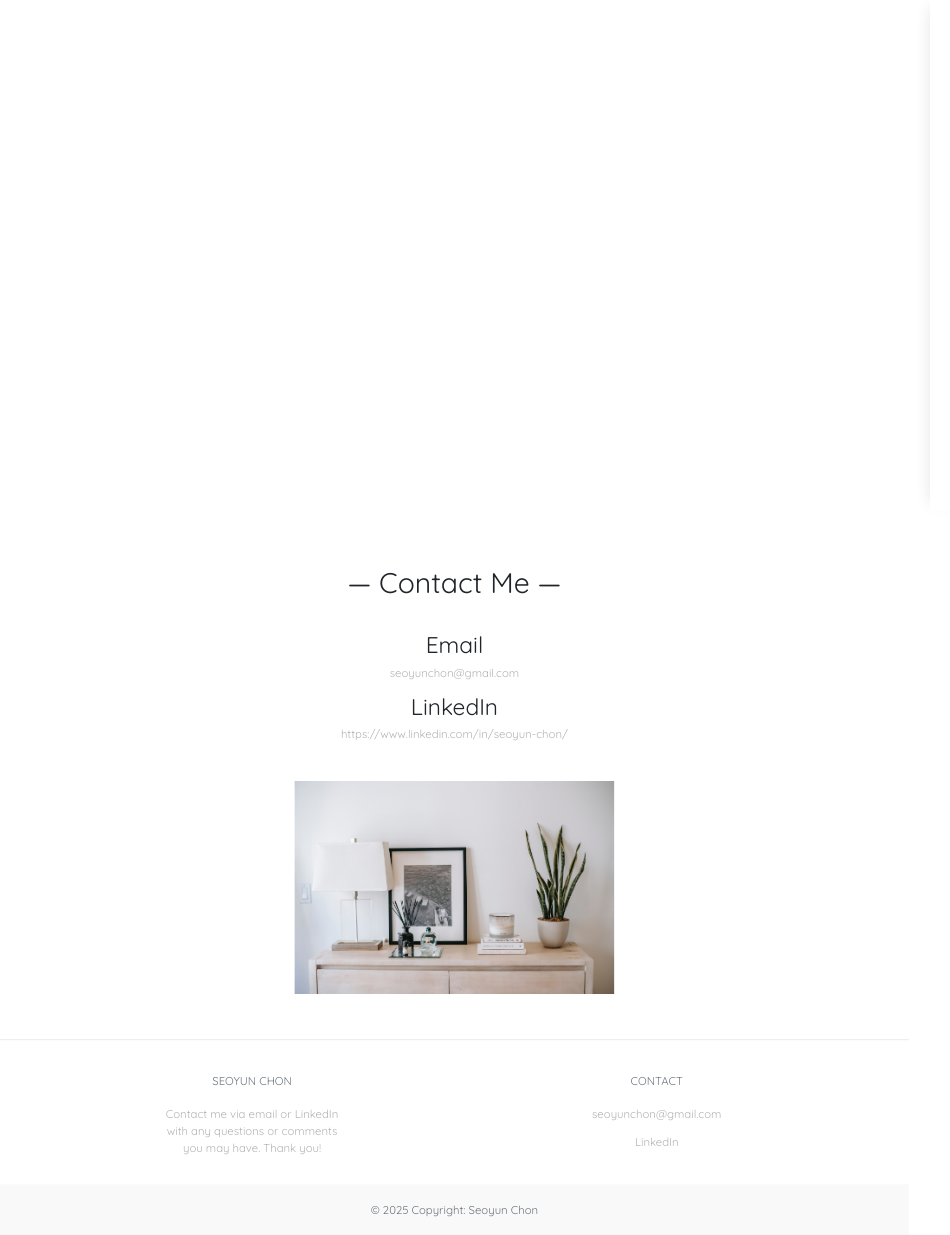
Repository: schon02/seoyun-chon-portfolio
Page: contact_page.html
An editor plug-in stored every save of this project. The page is shown before and after the next save, followed by the edit.
The browser window is 1280 px wide. The page is 1338 px wide, so the pictures cover 1338 px, including what lies to the right of the window. The pictures show the whole page, at 71% of full size.

Above is the page before, as saved 2025-01-08 19:58:19.
Not found: images/subaru3.JPG

### contact_page.html
<!DOCTYPE html>
<html>
    <head>
        <!-- <link href="style.css" rel="stylesheet" /> -->
        <!-- Required meta tags -->
        <meta charset="utf-8">
        <meta name="viewport" content="width=device-width, initial-scale=1, shrink-to-fit=no">

        <link href="https://fonts.googleapis.com/css?family=Quicksand:400,600,700&display=swap" rel="stylesheet">

        <link rel="stylesheet" href="fonts/icomoon/style.css">

        <link rel="stylesheet" href="css/owl.carousel.min.css">

        <!-- Bootstrap CSS -->
        <link rel="stylesheet" href="css/bootstrap.min.css">

        <!-- Style -->
        <link rel="stylesheet" href="css/style.css">

        <title>Contact Page</title>
    </head>

    <body>
        <!-- <header>
            <nav>
                <ul>
                    <li><a href="index.html">Home</a></li>
                    <li><a href="services_page.html">Services</a></li>
                    <li><a class="active" href="contact_page.html">Contact</a></li>
                </ul>
            </nav>
        </header> -->


        <div class="site-mobile-menu site-navbar-target">
            <div class="site-mobile-menu-header">
              <div class="site-mobile-menu-close mt-3">
                <span class="icon-close2 js-menu-toggle"></span>
              </div>
            </div>
            <div class="site-mobile-menu-body"></div>
          </div> <!-- .site-mobile-menu -->

        <div class="site-navbar-wrap">
            <div class="site-navbar-top">
              <div class="container py-3">
                <div class="row align-items-center">
                  <div class="col-6">
                    <div class="d-flex mr-auto">
                      <a href="#" class="d-flex align-items-center mr-4">
                        <span class="icon-envelope mr-2"></span>
                        <span class="d-none d-md-inline-block">seoyunchon@gmail.com</span>
                      </a>
                      <!-- <a href="#" class="d-flex align-items-center mr-auto">
                        <span class="icon-phone mr-2"></span>
                        <span class="d-none d-md-inline-block">+1 234 4567 8910</span>
                      </a> -->
                    </div>
                  </div>
                  <div class="col-6 text-right">
                    <div class="mr-auto">
                      <!-- <a href="#" class="p-2 pl-0"><span class="icon-twitter"></span></a> -->
                      <!-- <a href="#" class="p-2 pl-0"><span class="icon-facebook"></span></a> -->
                      <a href="https://www.linkedin.com/in/seoyun-chon/" class="p-2 pl-0"><span class="icon-linkedin"></span></a>
                      <!-- <a href="#" class="p-2 pl-0"><span class="icon-instagram"></span></a> -->
                    </div>

                  </div>
                </div>
              </div>
            </div>

            <div class="site-navbar site-navbar-target js-sticky-header">
              <div class="container">
                <div class="row align-items-center">
                  <div class="col-2">
                    <h1 class="my-0 site-logo"><a href="index.html">Seoyun&nbsp;Chon</a></h1>
                  </div>
                  <div class="col-10">
                    <nav class="site-navigation text-right" role="navigation">
                      <div class="container">
                        <div class="d-inline-block d-lg-none ml-md-0 mr-auto py-3"><a href="#" class="site-menu-toggle js-menu-toggle text-white"><span class="icon-menu h3"></span></a></div>

                        <ul class="site-menu main-menu js-clone-nav d-none d-lg-block">
                          <li><a href="index.html" class="nav-link">Home</a></li>
                          <li><a href="projects_page.html" class="nav-link">Projects</a></li>
                          <li class="has-children">
                            <a href="#" class="nav-link">Pages</a>
                            <ul class="dropdown arrow-top">
                              <li><a href="#" class="nav-link">Team</a></li>
                              <li><a href="#" class="nav-link">Pricing</a></li>
                              <li><a href="#" class="nav-link">FAQ</a></li>
                              <li class="has-children">
                                <a href="#">More Links</a>
                                <ul class="dropdown">
                                  <li><a href="#">Menu One</a></li>
                                  <li><a href="#">Menu Two</a></li>
                                  <li><a href="#">Menu Three</a></li>
                                </ul>
                              </li>
                            </ul>
                          </li>
                          <!-- <li><a href="#about-section" class="nav-link">About</a></li> -->
                          <li><a href="resume_page.html" class="nav-link">Resume</a></li>
                          <!-- <li><a href="#gallery-section" class="nav-link">Gallery</a></li> -->
                          <li class="active"><a href="contact_page.html" class="active">Contact</a></li>
                        </ul>
                      </div>
                    </nav>
                  </div>
                </div>
              </div>
            </div>
          </div>

          <div class="hero" style="background-image: url('images/subaru3.JPG');"></div>

        <!-- <div class="contactImage">
            <div class="welcomeText">
                <h1>Contact</h1>
            </div>
        </div> -->

        <div class="text-center" style="padding-top: 2cm;">
            <h1>— Contact Me —</h1>
            <h2 style="padding-top: 1cm;">Email</h2>
            <p>seoyunchon@gmail.com</p>
            <h2>LinkedIn</h2>
            <p>https://www.linkedin.com/in/seoyun-chon/</p>
            <!-- <h2>Order-Specific Emails</h2>
            <p>orders@domain.com</p>
            <p>returns@domain.com</p> -->
            <p><img src="images/white-livingroom-contact.jpg"
                 style="width:450px; padding-top: 1cm;"></p>
        </div>

    <script src="js/jquery-3.3.1.min.js"></script>
    <script src="js/popper.min.js"></script>
    <script src="js/bootstrap.min.js"></script>
    <script src="js/jquery.sticky.js"></script>
    <script src="js/main.js"></script>

    </body>


<!-- Footer -->
<footer class="text-center text-lg-start bg-white text-muted">

  <section class="d-flex justify-content-center justify-content-lg-between p-4 border-bottom">
  </section>

  <!-- Section: Links  -->
  <section class="">
    <div class="container text-center text-md-start mt-5">
      <!-- Grid row -->
      <div class="row mt-3">
        <!-- Grid column -->
        <div class="col-md-3 col-lg-4 col-xl-3 mx-auto mb-4">
          <!-- Content -->
          <h6 class="text-uppercase fw-bold mb-4">
            <i class="fas fa-gem me-3 text-secondary"></i>Seoyun Chon
          </h6>
          <p>
            Contact me via email or LinkedIn with any questions or comments you may have. Thank you!
          </p>
        </div>
        <!-- Grid column -->

        <!-- Grid column -->
        <div class="col-md-4 col-lg-3 col-xl-3 mx-auto mb-md-0 mb-4">
          <!-- Links -->
          <h6 class="text-uppercase fw-bold mb-4">Contact</h6>
          <p><i class="fas fa-home me-3 text-secondary"></i> seoyunchon@gmail.com</p>
          <p>
            <i class="fas fa-envelope me-3 text-secondary"></i>
            <a href="https://www.linkedin.com/in/seoyun-chon/" class="text-reset"> LinkedIn </a>
          </p>
        </div>
        <!-- Grid column -->
      </div>
      <!-- Grid row -->
    </div>
  </section>
  <!-- Section: Links  -->

  <!-- Copyright -->
  <div class="text-center p-4" style="background-color: rgba(0, 0, 0, 0.025);">
    © 2025 Copyright:
    <a class="text-reset fw-bold" href="https://mdbootstrap.com/">Seoyun Chon</a>
  </div>
  <!-- Copyright -->
</footer>
<!-- Footer -->


</html>

### css/style.css
body {
  font-family: "Quicksand", -apple-system, BlinkMacSystemFont, "Segoe UI", Roboto, "Helvetica Neue", Arial, "Noto Sans", sans-serif, "Apple Color Emoji", "Segoe UI Emoji", "Segoe UI Symbol", "Noto Color Emoji";
  background-color: #fff;
  height: 200vh;
  position: relative; }
  body:before {
    content: "";
    position: absolute;
    top: 0;
    left: 0;
    right: 0;
    bottom: 0;
    background: rgba(0, 0, 0, 0.5);
    -webkit-transition: .3s all ease;
    -o-transition: .3s all ease;
    transition: .3s all ease;
    opacity: 0;
    visibility: hidden;
    z-index: 1; }
  body.offcanvas-menu:before {
    opacity: 1;
    z-index: 1002;
    visibility: visible; }

p {
  color: #b3b3b3;
  font-weight: 300; }

h1, h2, h3, h4, h5, h6,
.h1, .h2, .h3, .h4, .h5, .h6 {
  font-family: "Quicksand", -apple-system, BlinkMacSystemFont, "Segoe UI", Roboto, "Helvetica Neue", Arial, "Noto Sans", sans-serif, "Apple Color Emoji", "Segoe UI Emoji", "Segoe UI Symbol", "Noto Color Emoji"; }

h5 {
  margin: 0 auto; /* center element horizontally */
  text-align: center;
  width: 60%;
  color: #666;
  /* overflow: hidden; */
  /* text-overflow: ellipsis; */
  /* white-space: nowrap; */
  /* background:#666; */
}

a {
  -webkit-transition: .3s all ease;
  -o-transition: .3s all ease;
  transition: .3s all ease; }
  a, a:hover {
    text-decoration: none !important; }

.hero {
  height: 100vh;
  width: 100%;
  background-size: cover;
  background-position: center center;
  background-repeat: no-repeat; }

.site-navbar-wrap {
  position: absolute;
  z-index: 99;
  width: 100%;
  left: 0; }
  .site-navbar-wrap a {
    color: #fff; }
  .site-navbar-wrap .site-navbar-top {
    font-size: 0.8rem; }

.site-navbar-top {
  border-bottom: 1px solid rgba(255, 255, 255, 0.4); }

.site-navbar {
  margin-bottom: 0px;
  width: 100%; }
  .site-navbar .site-logo {
    font-weight: 200;
    line-height: 0;
    top: -7px;
    position: relative; }
    .site-navbar .site-logo a {
      font-weight: 200;
      color: #fff;
      font-size: 20px;
      font-weight: bold;
      text-transform: uppercase; }
  .site-navbar .site-navigation .site-menu {
    margin-bottom: 0; }
    .site-navbar .site-navigation .site-menu a {
      text-decoration: none !important;
      display: inline-block;
      font-weight: 500; }
    .site-navbar .site-navigation .site-menu > li {
      display: inline-block;
      padding: 10px 5px; }
      .site-navbar .site-navigation .site-menu > li > a {
        padding: 20px 10px;
        color: rgba(255, 255, 255, 0.6);
        font-size: 15px;
        text-decoration: none !important; }
        .site-navbar .site-navigation .site-menu > li > a.active {
          color: #fff; }
        .site-navbar .site-navigation .site-menu > li > a:hover {
          color: #fff; }
      .site-navbar .site-navigation .site-menu > li:last-child {
        padding-right: 0; }
        .site-navbar .site-navigation .site-menu > li:last-child > a {
          padding-right: 0; }
    .site-navbar .site-navigation .site-menu .has-children {
      position: relative; }
      .site-navbar .site-navigation .site-menu .has-children > a {
        position: relative;
        padding-right: 20px; }
        .site-navbar .site-navigation .site-menu .has-children > a:before {
          position: absolute;
          content: "\e313";
          font-size: 16px;
          top: 50%;
          right: 0;
          -webkit-transform: translateY(-50%);
          -ms-transform: translateY(-50%);
          transform: translateY(-50%);
          font-family: 'icomoon'; }
      .site-navbar .site-navigation .site-menu .has-children .dropdown {
        visibility: hidden;
        opacity: 0;
        top: 100%;
        position: absolute;
        text-align: left;
        -webkit-box-shadow: 0 0px 4px 0px rgba(0, 0, 0, 0.25);
        box-shadow: 0 0px 4px 0px rgba(0, 0, 0, 0.25);
        padding: 0px 0;
        margin-top: 20px;
        margin-left: 0px;
        background: #fff;
        -webkit-transition: 0.2s 0s;
        -o-transition: 0.2s 0s;
        transition: 0.2s 0s;
        border-radius: 4px; }
        .site-navbar .site-navigation .site-menu .has-children .dropdown.arrow-top {
          position: absolute; }
          .site-navbar .site-navigation .site-menu .has-children .dropdown.arrow-top:before {
            bottom: 100%;
            left: 20%;
            border: solid transparent;
            content: " ";
            height: 0;
            width: 0;
            position: absolute;
            pointer-events: none; }
          .site-navbar .site-navigation .site-menu .has-children .dropdown.arrow-top:before {
            border-color: rgba(136, 183, 213, 0);
            border-bottom-color: #fff;
            border-width: 10px;
            margin-left: -10px; }
        .site-navbar .site-navigation .site-menu .has-children .dropdown a {
          font-size: 14px;
          text-transform: none;
          letter-spacing: normal;
          -webkit-transition: 0s all;
          -o-transition: 0s all;
          transition: 0s all;
          color: #343a40; }
          .site-navbar .site-navigation .site-menu .has-children .dropdown a.active {
            color: black; }
        .site-navbar .site-navigation .site-menu .has-children .dropdown .active > a {
          color: #fff !important; }
        .site-navbar .site-navigation .site-menu .has-children .dropdown > li {
          list-style: none;
          padding: 0;
          margin: 0;
          min-width: 200px; }
          .site-navbar .site-navigation .site-menu .has-children .dropdown > li:first-child > a {
            border-top-left-radius: 4px;
            border-top-right-radius: 4px; }
          .site-navbar .site-navigation .site-menu .has-children .dropdown > li:last-child > a {
            border-bottom-left-radius: 4px;
            border-bottom-right-radius: 4px; }
          .site-navbar .site-navigation .site-menu .has-children .dropdown > li > a {
            padding: 9px 20px;
            display: block; }
            .site-navbar .site-navigation .site-menu .has-children .dropdown > li > a:hover {
              background: #ebeef0;
              color: #212529; }
          .site-navbar .site-navigation .site-menu .has-children .dropdown > li.has-children > a:before {
            content: "\e315";
            right: 20px; }
          .site-navbar .site-navigation .site-menu .has-children .dropdown > li.has-children > .dropdown, .site-navbar .site-navigation .site-menu .has-children .dropdown > li.has-children > ul {
            left: 100%;
            top: 0; }
          .site-navbar .site-navigation .site-menu .has-children .dropdown > li.has-children:hover > a, .site-navbar .site-navigation .site-menu .has-children .dropdown > li.has-children:active > a, .site-navbar .site-navigation .site-menu .has-children .dropdown > li.has-children:focus > a {
            background: #ebeef0;
            color: #212529; }
      .site-navbar .site-navigation .site-menu .has-children:hover > a, .site-navbar .site-navigation .site-menu .has-children:focus > a, .site-navbar .site-navigation .site-menu .has-children:active > a {
        color: #fff; }
      .site-navbar .site-navigation .site-menu .has-children:hover, .site-navbar .site-navigation .site-menu .has-children:focus, .site-navbar .site-navigation .site-menu .has-children:active {
        cursor: pointer; }
        .site-navbar .site-navigation .site-menu .has-children:hover > .dropdown, .site-navbar .site-navigation .site-menu .has-children:focus > .dropdown, .site-navbar .site-navigation .site-menu .has-children:active > .dropdown {
          -webkit-transition-delay: 0s;
          -o-transition-delay: 0s;
          transition-delay: 0s;
          margin-top: 0px;
          visibility: visible;
          opacity: 1; }

.site-mobile-menu {
  width: 300px;
  position: fixed;
  right: 0;
  z-index: 2000;
  padding-top: 20px;
  background: #fff;
  height: calc(100vh);
  -webkit-transform: translateX(110%);
  -ms-transform: translateX(110%);
  transform: translateX(110%);
  -webkit-box-shadow: -10px 0 20px -10px rgba(0, 0, 0, 0.1);
  box-shadow: -10px 0 20px -10px rgba(0, 0, 0, 0.1);
  -webkit-transition: .3s all ease-in-out;
  -o-transition: .3s all ease-in-out;
  transition: .3s all ease-in-out; }
  .offcanvas-menu .site-mobile-menu {
    -webkit-transform: translateX(0%);
    -ms-transform: translateX(0%);
    transform: translateX(0%); }
  .site-mobile-menu .site-mobile-menu-header {
    width: 100%;
    float: left;
    padding-left: 20px;
    padding-right: 20px; }
    .site-mobile-menu .site-mobile-menu-header .site-mobile-menu-close {
      float: right;
      margin-top: 8px; }
      .site-mobile-menu .site-mobile-menu-header .site-mobile-menu-close span {
        font-size: 30px;
        display: inline-block;
        padding-left: 10px;
        padding-right: 0px;
        line-height: 1;
        cursor: pointer;
        -webkit-transition: .3s all ease;
        -o-transition: .3s all ease;
        transition: .3s all ease; }
        .site-mobile-menu .site-mobile-menu-header .site-mobile-menu-close span:hover {
          color: #dee2e6; }
    .site-mobile-menu .site-mobile-menu-header .site-mobile-menu-logo {
      float: left;
      margin-top: 10px;
      margin-left: 0px; }
      .site-mobile-menu .site-mobile-menu-header .site-mobile-menu-logo a {
        display: inline-block;
        text-transform: uppercase; }
        .site-mobile-menu .site-mobile-menu-header .site-mobile-menu-logo a img {
          max-width: 70px; }
        .site-mobile-menu .site-mobile-menu-header .site-mobile-menu-logo a:hover {
          text-decoration: none; }
  .site-mobile-menu .site-mobile-menu-body {
    overflow-y: scroll;
    -webkit-overflow-scrolling: touch;
    position: relative;
    padding: 20px;
    height: calc(100vh - 52px);
    padding-bottom: 150px; }
  .site-mobile-menu .site-nav-wrap {
    padding: 0;
    margin: 0;
    list-style: none;
    position: relative; }
    .site-mobile-menu .site-nav-wrap a {
      padding: 10px 20px;
      display: block;
      position: relative;
      color: #212529; }
      .site-mobile-menu .site-nav-wrap a.active, .site-mobile-menu .site-nav-wrap a:hover {
        color: black; }
    .site-mobile-menu .site-nav-wrap li {
      position: relative;
      display: block; }
      .site-mobile-menu .site-nav-wrap li.active > a {
        color: black; }
    .site-mobile-menu .site-nav-wrap .arrow-collapse {
      position: absolute;
      right: 0px;
      top: 10px;
      z-index: 20;
      width: 36px;
      height: 36px;
      text-align: center;
      cursor: pointer;
      border-radius: 50%; }
      .site-mobile-menu .site-nav-wrap .arrow-collapse:hover {
        background: #f8f9fa; }
      .site-mobile-menu .site-nav-wrap .arrow-collapse:before {
        font-size: 12px;
        z-index: 20;
        font-family: "icomoon";
        content: "\f078";
        position: absolute;
        top: 50%;
        left: 50%;
        -webkit-transform: translate(-50%, -50%) rotate(-180deg);
        -ms-transform: translate(-50%, -50%) rotate(-180deg);
        transform: translate(-50%, -50%) rotate(-180deg);
        -webkit-transition: .3s all ease;
        -o-transition: .3s all ease;
        transition: .3s all ease; }
      .site-mobile-menu .site-nav-wrap .arrow-collapse.collapsed:before {
        -webkit-transform: translate(-50%, -50%);
        -ms-transform: translate(-50%, -50%);
        transform: translate(-50%, -50%); }
    .site-mobile-menu .site-nav-wrap > li {
      display: block;
      position: relative;
      float: left;
      width: 100%; }
      .site-mobile-menu .site-nav-wrap > li > a {
        padding-left: 20px;
        font-size: 20px; }
      .site-mobile-menu .site-nav-wrap > li > ul {
        padding: 0;
        margin: 0;
        list-style: none; }
        .site-mobile-menu .site-nav-wrap > li > ul > li {
          display: block; }
          .site-mobile-menu .site-nav-wrap > li > ul > li > a {
            padding-left: 40px;
            font-size: 16px; }
          .site-mobile-menu .site-nav-wrap > li > ul > li > ul {
            padding: 0;
            margin: 0; }
            .site-mobile-menu .site-nav-wrap > li > ul > li > ul > li {
              display: block; }
              .site-mobile-menu .site-nav-wrap > li > ul > li > ul > li > a {
                font-size: 16px;
                padding-left: 60px; }

.sticky-wrapper {
  position: absolute;
  z-index: 100;
  width: 100%; }
  .sticky-wrapper + .site-blocks-cover {
    margin-top: 96px; }
  .sticky-wrapper .site-navbar {
    -webkit-transition: .3s all ease;
    -o-transition: .3s all ease;
    transition: .3s all ease; }
    .sticky-wrapper .site-navbar ul li.active a {
      color: #fff; }
  .sticky-wrapper.is-sticky .site-navbar {
    background-color: black; }
    .sticky-wrapper.is-sticky .site-navbar .site-navigation .site-menu > li {
      display: inline-block;
      padding: 10px 5px; }
      .sticky-wrapper.is-sticky .site-navbar .site-navigation .site-menu > li:last-child {
        padding-right: 0; }
        .sticky-wrapper.is-sticky .site-navbar .site-navigation .site-menu > li:last-child > a {
          padding-right: 0; }
      .sticky-wrapper.is-sticky .site-navbar .site-navigation .site-menu > li.has-children > a {
        padding-right: 20px; }
      .sticky-wrapper.is-sticky .site-navbar .site-navigation .site-menu > li > a {
        padding: 10px 10px;
        color: rgba(255, 255, 255, 0.6);
        font-size: 15px; }
        .sticky-wrapper.is-sticky .site-navbar .site-navigation .site-menu > li > a:hover {
          color: #fff !important; }
        .sticky-wrapper.is-sticky .site-navbar .site-navigation .site-menu > li > a.active {
          color: #fff !important; }
      .sticky-wrapper.is-sticky .site-navbar .site-navigation .site-menu > li.active a {
        color: #fff; }





/* ---------------------stuff for text columns --------------------------- */

* {
  box-sizing: border-box;
}

/* Create two unequal columns that floats next to each other */
.column {
  float: left;
  padding: 10px;
}

.left {
  width: 35%;
}

.right {
  width: 65%;
}

/* Clear floats after the columns */
.row:after {
  content: "";
  display: table;
  clear: both;
}


/* ---------------------stuff for image gallery --------------------------- */

div.gallery {
  border: 1px solid rgb(255, 255, 255);
}

div.gallery:hover {
  border: 1px solid rgb(228, 228, 228);
}

div.gallery img {
  width: 100%;
  height: auto;
}

div.desc {
  padding: 15px;
  text-align: center;
}

* {
  box-sizing: border-box;
}

.responsive {
  padding: 0 6px;
  float: left;
  width: 24.99999%;
}

@media only screen and (max-width: 700px) {
  .responsive {
    width: 100%;
    margin: 6px 0;
  }
}

@media only screen and (max-width: 500px) {
  .responsive {
    width: 100%;
  }
}

.clearfix:after {
  content: "";
  display: table;
  clear: both;
}

Loaded but not shown: fonts/icomoon/style.css (common file); css/owl.carousel.min.css (library); css/bootstrap.min.css (library); js/jquery-3.3.1.min.js (library); js/popper.min.js (library); js/bootstrap.min.js (library); js/jquery.sticky.js (library); js/main.js (87 lines, source omitted)

After the next save:
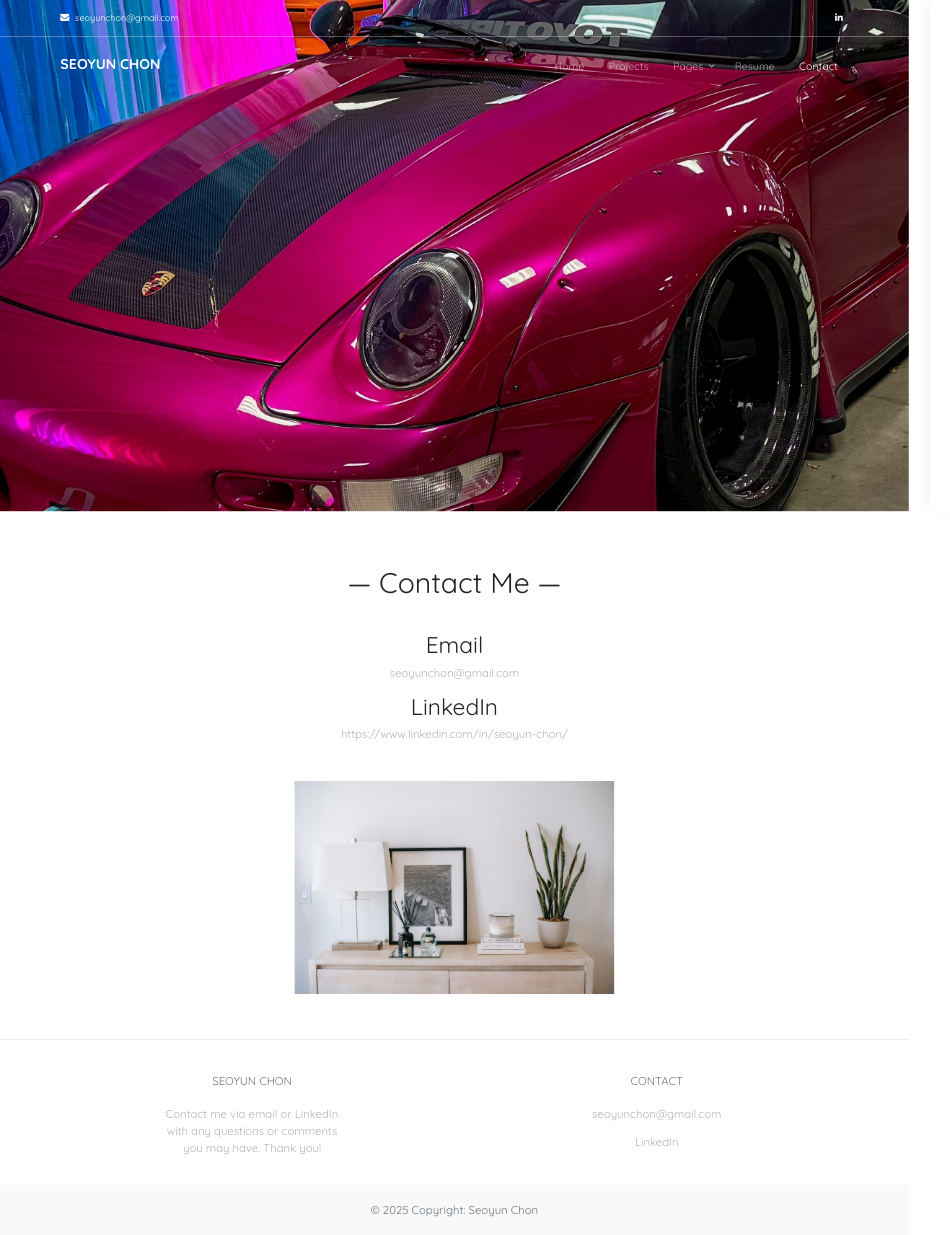
Saved 7 min 35 s later.
--- a/contact_page.html
+++ b/contact_page.html
@@ -114,7 +114,7 @@
             </div>
           </div>
 
-          <div class="hero" style="background-image: url('images/subaru3.JPG');"></div>
+          <div class="hero" style="background-image: url('images/rwb.JPG');"></div>
 
         <!-- <div class="contactImage">
             <div class="welcomeText">
